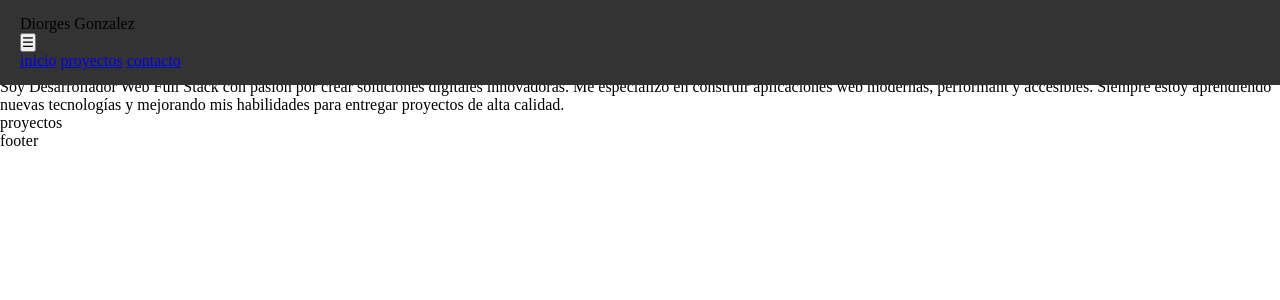
Repository: DenLion09/DenLion09.dots
Page: javascipt_withow_filter/basic/ejercisios/portfolio2/index.html
The author's editor kept a copy of each file at every save. The page is drawn from the files as they stood at one save, then again after the next save.
The browser window is 1280 px wide. The pictures show the whole page.

Above is the page before, as saved 2026-05-17 23:07:14.

### javascipt_withow_filter/basic/ejercisios/portfolio2/index.html
<!doctype html>
<html lang="es">
  <head>
    <meta charset="UTF-8" />
    <meta name="viewport" content="width=device-width, initial-scale=1.0" />
    <link rel="stylesheet" href="style.css" />
    <title>Document</title>
  </head>
  <body>
    <header>
      <p>Diorges Gonzalez</p>
      <button class="menu-toggle">☰</button>
      <nav class="nav-links">
        <a href="#inicio">inicio</a> <a href="#proyectos">proyectos</a>
        <a href="#contacto">contacto</a>
      </nav>
    </header>
    <section id="sobre-mi">
      <p>Sobre mí</p>
      <p>
        Soy Desarrollador Web Full Stack con pasión por crear soluciones
        digitales innovadoras. Me especializo en construir aplicaciones web
        modernas, performant y accesibles. Siempre estoy aprendiendo nuevas
        tecnologías y mejorando mis habilidades para entregar proyectos de alta
        calidad.
      </p>
    </section>
    <section id="proyectos">
      <p>proyectos</p>
    </section>
    <footer>
      <p>footer</p>
    </footer>
  </body>
</html>

### javascipt_withow_filter/basic/ejercisios/portfolio2/style.css
* {
  margin: 0%;
  padding: 0%;
  box-sizing: border-box;
}

body {
  padding-top: 60px;
}

header {
  position: fixed;
  top: 0;
  width: 100%;
  background: #333;
  padding: 15px 20px;
}

nav {
  color: white;
  text-decoration: none;
  margin-right: 20px;
}

nav:hover {
  color: #f39c12;
}

After the next save:
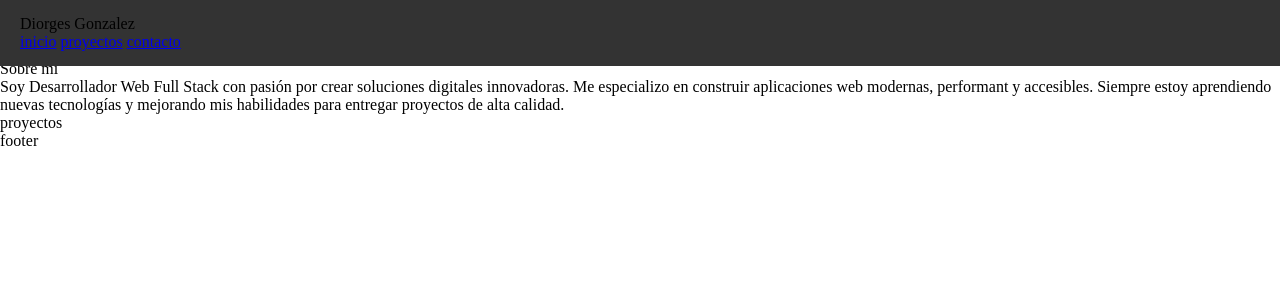
Saved 5 min 7 s later.
--- a/javascipt_withow_filter/basic/ejercisios/portfolio2/style.css
+++ b/javascipt_withow_filter/basic/ejercisios/portfolio2/style.css
@@ -25,3 +25,12 @@ nav {
 nav:hover {
   color: #f39c12;
 }
+
+.menu-toggle {
+  display: none;
+  background: none;
+  border: none;
+  color: white;
+  font-size: 24px;
+  cursor: pointer;
+}
